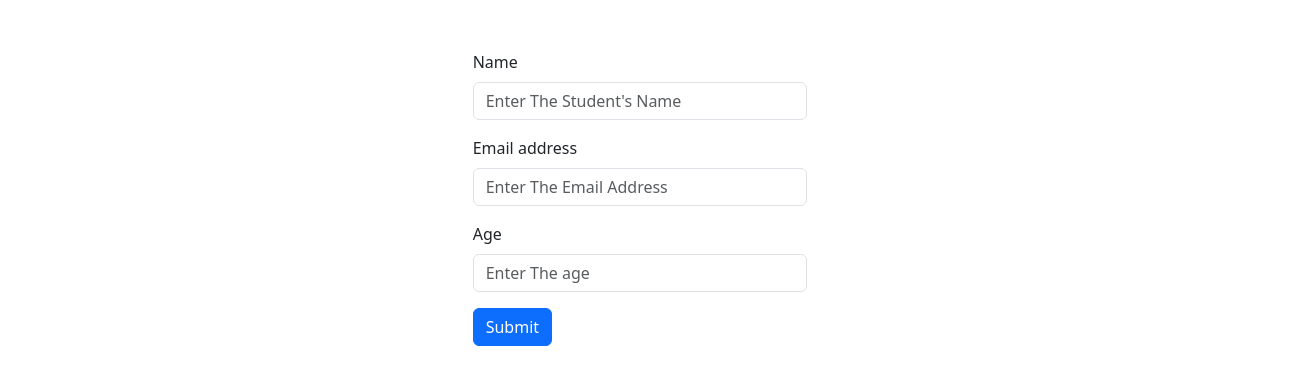
Repository: Manojs14/StudentManagementSystem
Page: http://localhost/Crud_form/
The author's editor kept a copy of each file at every save. The page is drawn from the files as they stood at one save, then again after the next save.
The browser window is 1280 px wide. The page is 1292 px wide, so the pictures cover 1292 px, including what lies to the right of the window. The pictures show the whole page.
The page is served by Tomcat 9. Nobody is signed in. The application's start-up code is not run.

Above is the page before, as saved 2024-07-11 03:11:42.

After the next save:
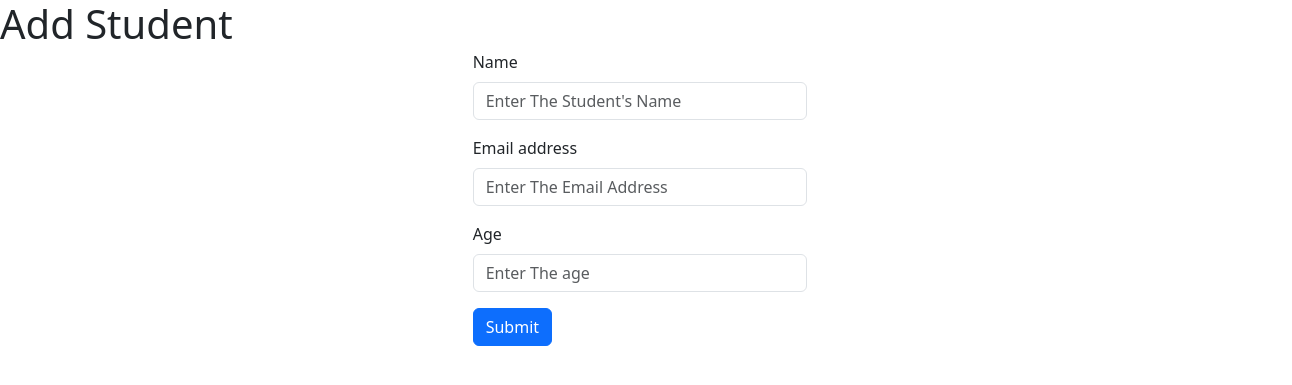
Saved 29 s later.
--- a/Crud_form/src/main/webapp/index.jsp
+++ b/Crud_form/src/main/webapp/index.jsp
@@ -11,7 +11,7 @@
 
  <div class="row">
     <div class="col-4">
-    <h1></h1>
+    <h1>Add Student</h1>
     </div>
     <div class="col-4" style="padding:50px">
      <form action="signuphandler.jsp" method="post">
